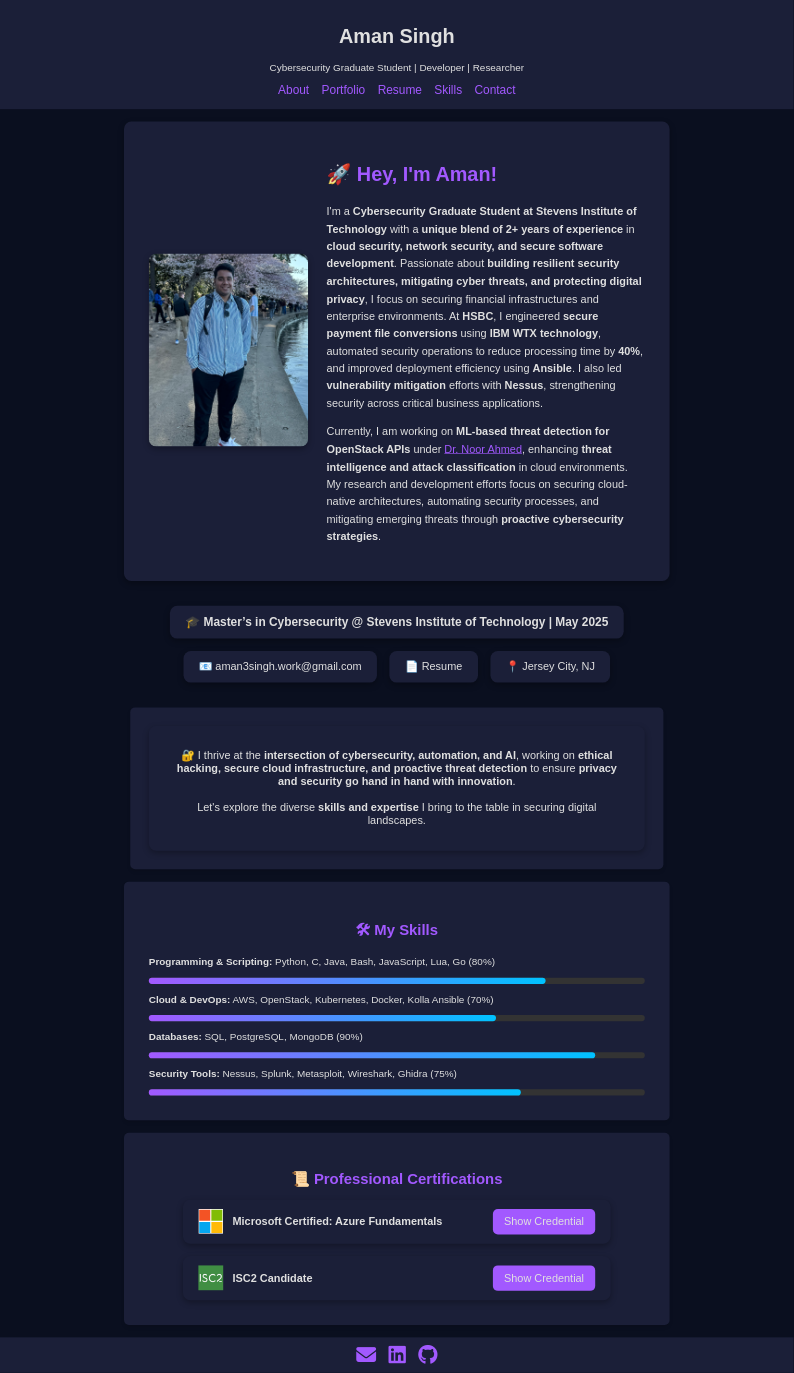
Repository: aman3singh/portfolio
Page: index.html
These files come from the project's save history. The page is drawn as it stood at one moment and after the next save; the edit follows.
The browser window is 1280 px wide. The pictures show the whole page, at 62% of full size.

Above is the page before, as saved 2025-02-11 23:40:27.

After the next save:
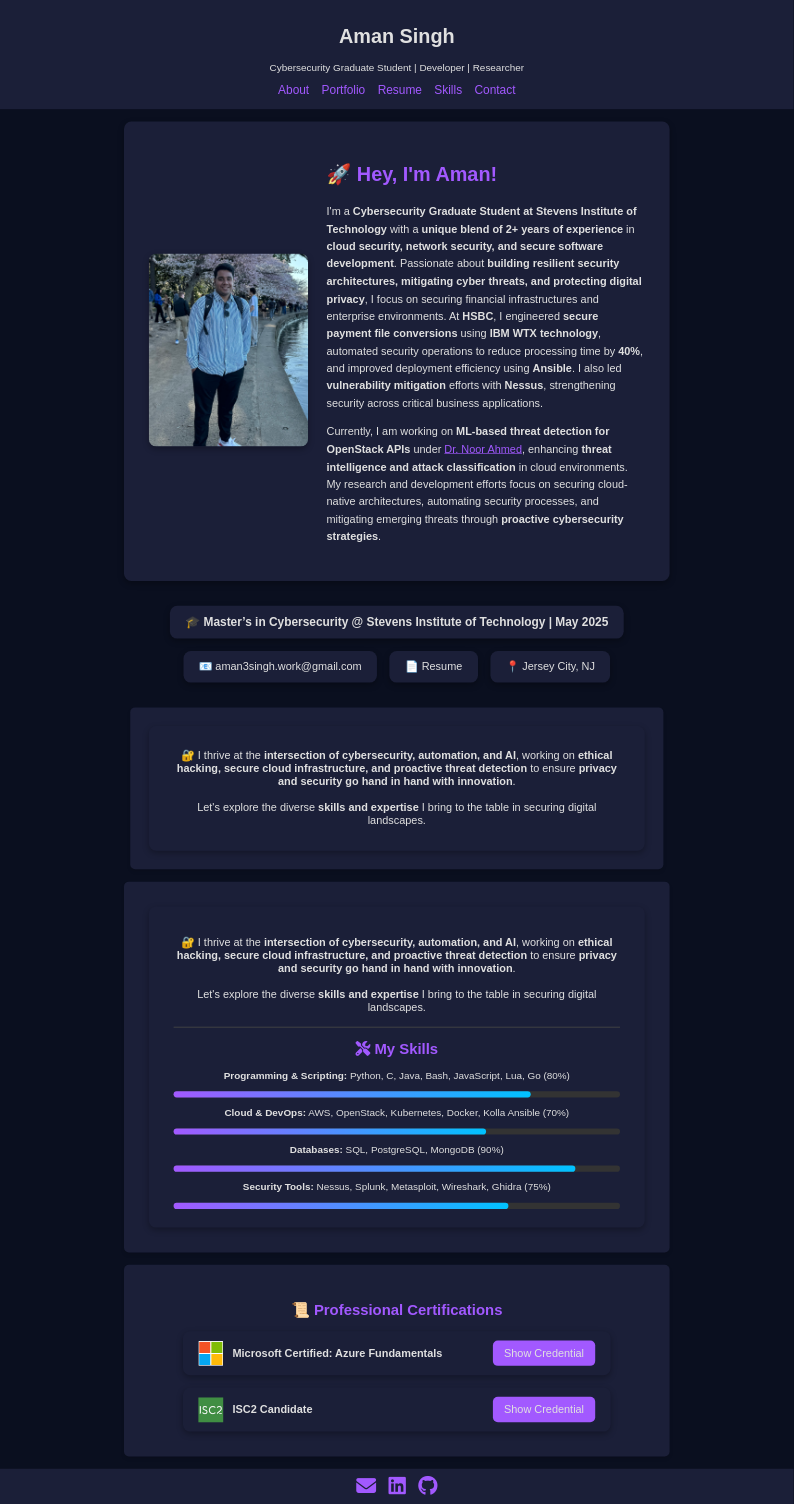
Saved 3 min 9 s later.
--- a/index.html
+++ b/index.html
@@ -61,31 +61,38 @@
         </div>
     </section>
 
-    <section id="skills" style="padding: 40px;">
-        <h2 style="text-align: center; color: #A259FF;">🛠 My Skills</h2>
-        <div class="skills-container" style="max-width: 800px; margin: 0 auto;">
-            <div class="skill">
-                <p><b>Programming & Scripting:</b> Python, C, Java, Bash, JavaScript, Lua, Go (80%)</p>
-                <div class="progress-bar" style="width: 100%; background-color: #333; border-radius: 5px;">
-                    <div style="width: 80%; height: 10px; background: linear-gradient(to right, #A259FF, #00C2FF); border-radius: 5px;"></div>
+    <section id="focus-skills" style="padding: 40px; display: flex; justify-content: center;">
+        <div style="background-color: #1B1F38; padding: 30px 40px; border-radius: 12px; max-width: 800px; text-align: center; box-shadow: 0px 4px 10px rgba(0, 0, 0, 0.3);">
+            <p style="color: #E0E0E0; font-size: 1.1em;">
+                🔐 I thrive at the <b>intersection of cybersecurity, automation, and AI</b>, working on <b>ethical hacking, secure cloud infrastructure, and proactive threat detection</b> to ensure <b>privacy and security go hand in hand with innovation</b>.<br><br>
+                Let's explore the diverse <b>skills and expertise</b> I bring to the table in securing digital landscapes.
+            </p>
+            <hr style="border: 0.5px solid #444; margin: 20px 0;">
+            <h2 style="color: #A259FF;"><i class="fas fa-tools"></i> My Skills</h2>
+            <div class="skills-container" style="max-width: 800px; margin: 0 auto;">
+                <div class="skill">
+                    <p><b>Programming & Scripting:</b> Python, C, Java, Bash, JavaScript, Lua, Go (80%)</p>
+                    <div class="progress-bar" style="width: 100%; background-color: #333; border-radius: 5px;">
+                        <div style="width: 80%; height: 10px; background: linear-gradient(to right, #A259FF, #00C2FF); border-radius: 5px;"></div>
+                    </div>
                 </div>
-            </div>
-            <div class="skill">
-                <p><b>Cloud & DevOps:</b> AWS, OpenStack, Kubernetes, Docker, Kolla Ansible (70%)</p>
-                <div class="progress-bar" style="width: 100%; background-color: #333; border-radius: 5px;">
-                    <div style="width: 70%; height: 10px; background: linear-gradient(to right, #A259FF, #00C2FF); border-radius: 5px;"></div>
+                <div class="skill">
+                    <p><b>Cloud & DevOps:</b> AWS, OpenStack, Kubernetes, Docker, Kolla Ansible (70%)</p>
+                    <div class="progress-bar" style="width: 100%; background-color: #333; border-radius: 5px;">
+                        <div style="width: 70%; height: 10px; background: linear-gradient(to right, #A259FF, #00C2FF); border-radius: 5px;"></div>
+                    </div>
                 </div>
-            </div>
-            <div class="skill">
-                <p><b>Databases:</b> SQL, PostgreSQL, MongoDB (90%)</p>
-                <div class="progress-bar" style="width: 100%; background-color: #333; border-radius: 5px;">
-                    <div style="width: 90%; height: 10px; background: linear-gradient(to right, #A259FF, #00C2FF); border-radius: 5px;"></div>
+                <div class="skill">
+                    <p><b>Databases:</b> SQL, PostgreSQL, MongoDB (90%)</p>
+                    <div class="progress-bar" style="width: 100%; background-color: #333; border-radius: 5px;">
+                        <div style="width: 90%; height: 10px; background: linear-gradient(to right, #A259FF, #00C2FF); border-radius: 5px;"></div>
+                    </div>
                 </div>
-            </div>
-            <div class="skill">
-                <p><b>Security Tools:</b> Nessus, Splunk, Metasploit, Wireshark, Ghidra (75%)</p>
-                <div class="progress-bar" style="width: 100%; background-color: #333; border-radius: 5px;">
-                    <div style="width: 75%; height: 10px; background: linear-gradient(to right, #A259FF, #00C2FF); border-radius: 5px;"></div>
+                <div class="skill">
+                    <p><b>Security Tools:</b> Nessus, Splunk, Metasploit, Wireshark, Ghidra (75%)</p>
+                    <div class="progress-bar" style="width: 100%; background-color: #333; border-radius: 5px;">
+                        <div style="width: 75%; height: 10px; background: linear-gradient(to right, #A259FF, #00C2FF); border-radius: 5px;"></div>
+                    </div>
                 </div>
             </div>
         </div>
